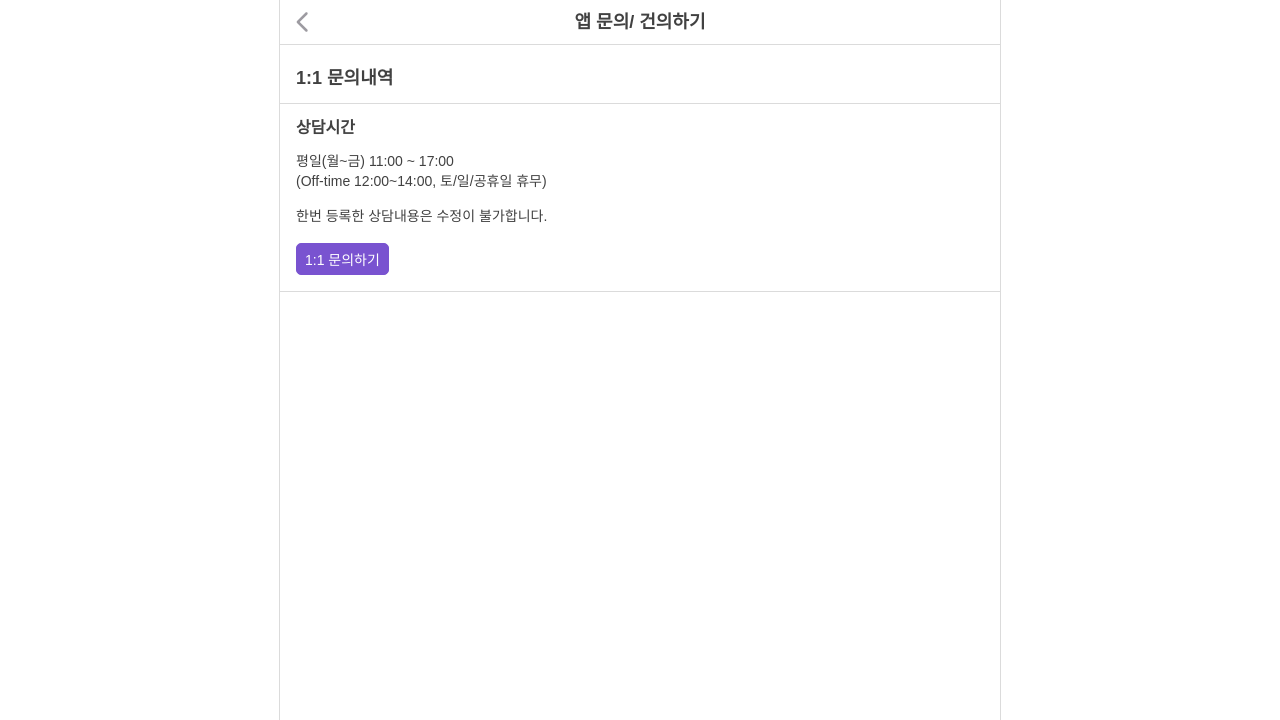
Repository: gosun1018/denguru
Page: my_complain.html
An editor plug-in stored every save of this project. The page is shown before and after the next save, followed by the edit.
The browser window is 1280 px wide. The pictures show the whole page.
Some web fonts or font styles are not loaded; a fallback is used. The style sheet was rebuilt from its Sass, Less or Tailwind sources for each picture, by a compiler version that may differ from the author's.

Above is the page before, as saved 2020-03-20 19:12:10.

### my_complain.html
<!DOCTYPE html>
<html lang="ko">
<head>
    <meta charset="UTF-8">
    <meta name="viewport" content="width=device-width, initial-scale=1.0">
    <title>DENGURU:: 앱 문의/ 건의하기</title>
    <link rel="stylesheet" href="css/main.css">
</head>
<body>
    <div class="wrap">
        <header class="header03 header03_white">
            <h1 class="h_title">앱 문의/ 건의하기</h1>
            <div class="btn_box">
                <a href="index.html" class="btn_goback btn_left">
                    <img src="images/icon-goback.svg" alt="이전페이지" class="icon">
                </a>
            </div>
        </header>
        <div class="main">
            <div class="pd_header03"></div>
            <div class="complain_container">
                <h2 class="title08">1:1 문의내역</h2>
                <div class="complain_announce_container">
                    <h3 class="title09">상담시간</h3>
                    <div class="complain_announce_txt">
                        평일(월~금) 11:00 ~ 17:00
                        <br>(Off-time 12:00~14:00, 토/일/공휴일 휴무)
                    </div>
                    <div class="complain_announce_txt">
                        한번 등록한 상담내용은 수정이 불가합니다.
                    </div>
                    <div class="btn_box">
                        <a href="" class="btn btn_mid btn_main">1:1 문의하기</a>
                    </div>
                </div>
            </div>
        </div>
    </div>
</body>
</html>

### css/scss/main.scss
@charset "utf-8";

//utils
@import "utils/variables";
@import "utils/mixins";
@import "utils/animations";

// base
@import "base/reset";
@import "base/layout";
@import "base/typography";

//modules
@import "modules/swipercustom";
@import "modules/form";
@import "modules/button";
@import "modules/popup";
@import "modules/popover";
@import "modules/toast";
@import "modules/pagination";

//component
@import "component/header";
@import "component/navigation";
@import "component/itemlist";
@import "component/reviewlist";
@import "component/taglist";
@import "component/postlist";
@import "component/postcontent";

//pages
@import "pages/mainpg";
@import "pages/search";
@import "pages/resister-pet";
@import "pages/review";
@import "pages/home-item-info";
@import "pages/gostore";
@import "pages/password-mail-complete";
@import "pages/storelist";
@import "pages/my-main";
@import "pages/my-notification";
@import "pages/members";
@import "pages/withdrawal";
@import "pages/order-history";
@import "pages/mycomplain";

### css/scss/utils/_variables.scss
@import url(https://cdn.jsdelivr.net/gh/moonspam/NanumSquare@1.0/nanumsquare.css);

//base color
$main-color: #7953d0;//#5f4899;
$main-bold-color: #5b13d6;
$secondary-color: #ffb025;
$accent-color: #ff4d7e;//#d72d5c;
$primary-color: #0095c6;
$bg-gray-color: #f3f1f6;

//gray-scale
$gray-0: #fff;
$gray-1: #f5f5f5;
$gray-2: #dbdbdb;
$gray-3: #bdbdbd;
$gray-4: #9e9e9e;
$gray-5: #747474;
$gray-6: #616161;
$gray-7: #414141;
$gray-8: #141414;

//FONT

//font-color
$bold-font-color: $gray-8;
$base-font-color: $gray-7;
$light-font-color: $gray-6;
$x-light-font-color: $gray-5;
$main-font-color: $main-color;
$main-bold-font-color: $main-bold-color;
$accent-font-color: $accent-color;
$primary-font-color: $primary-color;

//font-family
$base-font-family: 'NanumSquare','Apple SD Gothic Neo','Malgun Gothic',arial,sans-serif;

//font-size
$base-font-size: 14px;
$xsmall-font-size: ceil($base-font-size * 0.71); //10px
$small-font-size: ceil($base-font-size * 0.85); //12px
$mid-font-size: ceil($base-font-size * 0.92); //13px
$large-font-size: ceil($base-font-size * 1.14); //16px

$title-font-size: ceil($base-font-size * 1.28); //18px

//line-height
$base-line-height: 1.4;
$narrow-line-height: 1.2;
$mid-line-height: 1.6;
$wide-line-height: 1.8;

//
$layout-base-padding: 16px;
$layout-small-padding: $layout-base-padding / 2;
$layout-large-padding: $layout-base-padding * 1.5;

// border
$base-border: 1px solid $gray-3;
$light-border: 1px solid $gray-2;
$x-light-border: 1px solid $gray-1;
$main-border: 1px solid $main-color;
$secondary-border: 1px solid $secondary-color;
$accent-border: 1px solid $accent-color;
$primary-border: 1px solid $primary-color;

//border-radius
$base-border-radius: 5px;
$large-border-radius: 10px;

// fixed component height
$gnb-bottom-height: $layout-base-padding * 3.5;
$nav-gostore-height: 48px;

$header-height01: $layout-base-padding * 3.5;
$header-height02: $layout-base-padding * 3.5;
$header-height03: 45px;
$header-height04: 45px;
$header-height05: 45px;
$header-height06: $layout-base-padding * 3.5;

### css/scss/utils/_mixins.scss
@mixin clearfix {
    &:after {
        content: '';
        display: block;
        clear: both;
    }
}

@mixin position-center($position) {
    position: $position;
    top: 50%;
    left: 50%;
    transform: translate(-50%, -50%);
}

@mixin one-line-ellipsis {
    white-space: nowrap;
    text-overflow: ellipsis;
    overflow: hidden;
}

@mixin multi-line-ellipsis ($line-height, $lines) {
    overflow: hidden;
    text-overflow: ellipsis;
    display: -webkit-box;
    -webkit-line-clamp: $lines;
    -webkit-box-orient: vertical;
    word-wrap: break-word;
    line-height: $line-height;
    height: $line-height * $lines * 1em;
}

@mixin circle ($box-size) {
    width: $box-size;
    height: $box-size;
    border-radius: $box-size / 2;
}

@mixin blind {
    position: absolute;
    overflow: hidden;
    clip: rect(0 0 0 0);
    margin: -1px;
    width: 1px;
    height: 1px;
}

@mixin layout-frame {
    width: 100%;
    max-width: 720px;
    min-width: 320px;
}

@mixin thumnail {
    position: relative;
    overflow: hidden;

    .img {
        position: absolute;
        top: 0;
        left: 0;
        width: 100%;
        height: 100%;
        object-fit: cover;
    }
}

@mixin thumnail-border($radius) {
    position: relative;

    &:after {
        content: '';
        position: absolute;
        top: 0;
        left: 0;
        width: 100%;
        height: 100%;
        box-sizing: border-box;
        border: 1px solid rgba($gray-2, 0.5);
        border-radius: $radius;
    }
}

@mixin btn-color-full($color) {
    background-color: $color;
    border: 1px solid $color;
}

### css/scss/utils/_animations.scss
@keyframes width-0-to-100 {
    from {
        width: 0;
    }

    to {
        width: 100%;
    }
}

### css/scss/base/_reset.scss
/* http://meyerweb.com/eric/tools/css/reset/
   v2.0 | 20110126
   License: none (public domain)
*/

html, body, div, span, applet, object, iframe, h1, h2, h3, h4, h5, h6, p, blockquote, pre, a, abbr, acronym, address, big, cite, code, del, dfn, em, img, ins, kbd, q, s, samp, small, strike, strong, sub, sup, tt, var, b, u, i, center, dl, dt, dd, ol, ul, li, fieldset, form, label, legend, table, caption, tbody, tfoot, thead, tr, th, td, article, aside, canvas, details, embed, figure, figcaption, footer, header, hgroup, menu, nav, output, ruby, section, summary, time, mark, audio, video {
    margin: 0;
    padding: 0;
    border: 0;
    font-size: 100%;
    font: inherit;
    vertical-align: baseline; }

  /* HTML5 display-role reset for older browsers */

  article, aside, details, figcaption, figure, footer, header, hgroup, menu, nav, section {
    display: block; }

  body {
    line-height: 1; }

  ol, ul {
    list-style: none; }

  blockquote, q {
    quotes: none; }

  blockquote {
    &:before, &:after {
      content: '';
      content: none; } }

  q {
    &:before, &:after {
      content: '';
      content: none; } }

  table {
    border-collapse: collapse;
    border-spacing: 0; }

  a {
    color: inherit;
    text-decoration: none;
  }
  :focus {
    outline-color: $main-color;
  }

### css/scss/base/_layout.scss
body {
    display: flex;
    min-height: 100vh;
    font-family: $base-font-family;
}
.blind {
    @include blind;
}
.clearfix {
    @include clearfix;
}
.wrap {
    display: flex;
    flex-direction: column;
    flex: 1;
    @include layout-frame;
    margin: 0 auto;
    background-color: $bg-gray-color;
}
@media screen and (min-width: 722px) {
    .wrap {
        border-right: $light-border;
        border-left: $light-border;
    }
}
.main {
    display: flex;
    flex-direction: column;
    min-height: 100vh;
}
.img_box {
    font-size: 0;

    .img {
        width: 100%;
        font-size: 12px;
    }
}
.vis_hidden {
    visibility: hidden;
}
.sect01 {
    padding: $layout-base-padding*3 0 0;
    margin-bottom: $layout-base-padding;
    background-color: $gray-0;

    .btn_box_bottom {
        margin-top: $layout-large-padding;
    }
    .btn_more {
        display: block;
        height: $layout-base-padding * 3;
        line-height: $layout-base-padding * 3;
        font-size: $base-font-size;
        border-top: $light-border;
        text-align: center;
        color: $main-font-color;
        font-weight: bold;

        .icon {
            width: 1.1em;
            vertical-align: middle;
        }
    }
}
.sect02 {
    padding: $layout-base-padding*3 0;
    margin-bottom: $layout-base-padding;
    background-color: $gray-0;

    .swiper-pagination {
        bottom: 0;
    }
    .items_wrap {
        padding-bottom: 10px;
    }
}
.sect03 {
    padding: $layout-small-padding;
    background-color: $gray-0;
}
.sect04 {
    margin-top: $layout-base-padding;
    background-color: $gray-0;
}
.sect05 {
    padding: $layout-large-padding 0;
    background-color: $gray-0;
}
.sect06 {
    padding: $layout-base-padding*2 0;
    background-color: $gray-0;
}
.sect_ad01 {
    font-size: 0;

    .bnr {
        width: 100%;
        font-size: 12px;
    }
}
.mt_head02 {
    margin-top: $layout-base-padding * 3.5;
}

### css/scss/base/_typography.scss
.txt_center {
    text-align: center;
}
.txt_left {
    text-align: left;
}
.txt_right {
    text-align: right;
}
.emph_color_main {color: $main-font-color;}
.emph_color_accent {color: $accent-font-color;}
.emph_color_primary {color: $primary-font-color;}
.title01 {
    margin: 0 $layout-base-padding $layout-large-padding;
    font-size: $title-font-size;
    font-weight: 900;
    color: $bold-font-color;

    .emph {
        color: $main-font-color;
    }
}
.title02 {
    font-size: $large-font-size;
    font-weight: bold;
    color: $bold-font-color;
}
.title03 {
    padding: 0 $layout-base-padding;
    margin-bottom: $layout-base-padding;
    font-size: $title-font-size;
    font-weight: 900;
    color: $bold-font-color;

    .emph {
        color: $main-font-color;
    }
}
.title04 {
    display: flex;
    justify-content: space-between;
    align-items: center;
    padding: 0 $layout-base-padding;
    height: 40px;
    border-bottom: $light-border;

    .tit {
        font-size: $large-font-size;
        font-weight: bold;
        color: $base-font-color;
    }
    .tit_sub01 {
        font-size: $base-font-size;
        color: $main-font-color;
    }
}
.title05 {
    margin: 0 $layout-base-padding;
    padding-top: $layout-small-padding;
    font-size: $large-font-size;
    font-weight: bold;
    color: $bold-font-color;

    .tit_sub {
        font-size: $mid-font-size;
        font-weight: normal;
        color: $base-font-color;
    }
}
.title06 {
    font-size: $large-font-size;
    color: $bold-font-color;
}
.title07 {
    font-size: $base-font-size;
    color: $bold-font-color;
}
.title08 {
    font-size: $title-font-size;
    font-weight: bold;
    color: $base-font-color;
}
.title09 {
    font-size: $large-font-size;
    font-weight: bold;
    color: $base-font-color;
}
.sub_title01 {
    padding-left: $layout-small-padding;
    margin: 0 $layout-base-padding;
    border-left: $base-border;
    font-size: $mid-font-size;
    color: $base-font-color;
    line-height: $base-line-height;

    .emph01 {
        font-size: 1.076em;
        font-weight: bold;
        color: $main-font-color;
    }
    .emph02 {
        font-weight: bold;
    }
}
.paragraph01 {
    font-size: $base-font-size;
    color: $base-font-color;
    line-height: $base-line-height;
}

### css/scss/modules/_swipercustom.scss
.swiper-pagination {

    .swiper-pagination-bullet {
        width: 10px;
        height: 10px;
    }
}
.swiper-container-horizontal>.swiper-pagination-bullets .swiper-pagination-bullet {
    margin: 0 $layout-small-padding;
}

.pagination_main {

    .swiper-pagination-bullet-active {
        background-color: $main-color;
    }
}
.swiper-pagination {font-size: 0;}

.items_wrap.swiper-container {
    padding: 0 $layout-base-padding 10px;
}

### css/scss/modules/_popover.scss
.popover_container {
    position: relative;
}
.popover {
    display: none;
    position: absolute;
    padding: 8px;
    border-radius: $base-border-radius;
    word-break: keep-all;
    font-size: $base-font-size;
    line-height: $base-line-height;
    box-shadow: 0 1px 4px rgba(0,0,0,0.15);

    &:before {
        content: '';
        position: absolute;
        display: block;
        width: 0;
        height: 0;
        border: 5px solid transparent;
    }
    &.show {
        display: block;
    }
}
.popover_main {
    background-color: $main-color;
    color: $gray-0;

    &.popover_right_top:before {
        border-bottom-color: $main-color;
    }
}
.popover_right_top{
    top: calc(100% + 5px);
    right: -3px;

    &:before {
        top: -10px;
        right: 5px;
    }
}

### css/scss/modules/_toast.scss
.toast_box {
    position: fixed;
    bottom: $gnb-bottom-height;
    left: $layout-base-padding;
    right: $layout-base-padding;
    display: flex;
    justify-content: center;
    align-items: center;
    padding: $layout-small-padding;
    min-height: 48px;
    box-sizing: border-box;
    background-color: rgba(0,0,0,0.85);
    color: #fff;
    font-size: $base-font-size;
    line-height: $base-line-height;
    text-align: center;
    word-break: keep-all;
    border-radius: $large-border-radius;
    overflow: hidden;
    visibility: hidden;
    opacity: 0;
    transition: opacity .5s, visibility .5s, transform .5s;
    z-index: 900;

    &.show {
        opacity: 1;
        visibility: visible;
        transform: translate(0, $layout-small-padding*-1);
    }
}

### css/scss/modules/_pagination.scss
.pagination01 {
    display: flex;
    justify-content: center;

    .page {
        height: 24px;
        min-width: 24px;
        padding: 0 3px;
        box-sizing: border-box;
        border-radius: 12px;
        margin: 0 4px;
        text-align: center;
        font-size: $base-font-size;
        line-height: 24px;
        color: $light-font-color;

        &.active {
            background-color: $main-color;
            color: $gray-0;
            font-weight: 900;
        }
        &.disabled {
            opacity: .5;
        }
    }
    .page_link {
        display: block;
        width: 100%;
        height: 100%;
    }
}

### css/scss/component/_taglist.scss
.tag_list01 {

    .tag_item {
        width: fit-content;
        float: left;

        .btn {
            margin: 0 4px;
        }
        &:first-child .btn {
            margin-left: $layout-base-padding;
        }
        &:last-child .btn {
            margin-right: $layout-base-padding;
        }

        &.active .btn {
            font-weight: bold;
            background-color: $secondary-color;
            border-color: $secondary-color;
        }
    }
}

### css/scss/component/_postlist.scss
.post_list_wrap {
    flex: 1;
    padding: $layout-small-padding 0 $layout-base-padding;
    background-color: $gray-0;

    .pagination01 {
        margin-top: $layout-base-padding * 2;
    }
}

.post_list01 {
    padding: 0 $layout-base-padding;

    .post_item {
        padding: $layout-base-padding 0;
        border-bottom: $light-border;
    }
    .post_date {
        margin-bottom: $layout-small-padding;
        font-size: $small-font-size;
        color: $light-font-color;
    }
    .post_title {
        font-size: $base-font-size;
        color: $bold-font-color;
        @include multi-line-ellipsis($base-line-height,2);
        height: auto;
        max-height: $base-line-height * 2em;

        .icon_new {
            height: 1em;
            vertical-align: middle;
        }
    }
}

### css/scss/component/_postcontent.scss
.post_content_wrap {
    flex: 1;
    display: flex;
    flex-direction: column;
}
.post_content_title_container {
    padding: $layout-base-padding;
    border-bottom: $light-border;

    .post_content_title {
        font-size: $large-font-size;
        line-height: $base-line-height;
        font-weight: bold;
        color: $base-font-color;
    }
    .post_content_date {
        margin-top: $layout-small-padding;
        font-size: $small-font-size;
        color: $light-font-color;
    }
}
.post_content_article {
    min-height: 200px;
    padding: $layout-large-padding $layout-base-padding;
    background-color: $gray-0;
    font-size: $mid-font-size;
    line-height: $mid-line-height;
    color: $base-font-color;
}
.post_content_link_container {
    flex: 1;
    padding: 0 $layout-base-padding;
    margin-top: $layout-base-padding;
    background-color: $gray-0;

    .post_content_link_box {
        margin-top: $layout-small-padding;
    }
    .post_content_link {
        display: flex;
        align-items: center;
    }
    .icon_box {
        width: 24px;
        height: 24px;

        .img {
            width: 100%;
            height: 100%;
        }
    }
    .post_page {
        margin: 0 $layout-small-padding;
        font-size: $mid-font-size;
        color: $base-font-color;
    }
    .post_title {
        font-size: $base-font-size;
        color: $bold-font-color;
        @include one-line-ellipsis;
    }

}

### css/scss/pages/_gostore.scss
.h_load_bar_box {
    display: none;
    width: 100%;
    height: 4px;
    background-color: $bg-gray-color;
    overflow: hidden;

    &.show {
        display: block;
    }

    .h_load_bar {
        width: 0;
        height: 100%;
        background-color: $main-color;
        border-radius: 0 2px 2px 0;
        animation: ease-in-out 5s forwards width-0-to-100;
    }
}

.load_gostore_container {
    display: none;
    flex: 1;
    box-sizing: border-box;
    flex-direction: column;
    background-color: $gray-0;

    &.show {
        display: flex;
    }

    .load_img_container {
        display: flex;
        flex: 7;
        justify-content: center;
        align-items: center;
    }
    .load_img_box {
        width: 140px;
        margin: 0 auto 22px;
    }
    .load_txt_box {
        text-align: center;

        .txt01 {
            font-size: 20px;
            color: $base-font-color;
            font-weight: 900;
        }
        .txt02 {
            margin-top: $layout-small-padding;
            font-size: $large-font-size;
            color: $base-font-color;
        }
        .emph {
            color: $main-font-color;
        }
    }
    .load_notice_container {
        display: flex;
        justify-content: center;
        align-items: center;
        flex: 3;
        background-color: $gray-1;
        text-align: center;
        font-size: $small-font-size;
        line-height: $base-line-height;
        color: $light-font-color;
    }
}
.page_store {
    display: none;
    flex: 1;
    overflow-y: auto;
    overflow-x: hidden;

    &.show {
        display: block;
    }
}

### css/scss/pages/_password-mail-complete.scss
.mail_complete_container {
    height: 100vh;
    display: flex;
    flex-direction: column;
    justify-content: center;
    align-items: center;
    background-color: $gray-0;

    .img_motion_box {
        width: 140px;
        margin: 0 auto;

        .img {
            width: 100%;
        }
    }
    .mail_complete_txt01 {
        margin-top: $layout-large-padding;
        text-align: center;
        font-size: 20px;
        line-height: $narrow-line-height;
        font-weight: 900;

        .emph {
            color: #8054ea;
        }
    }
    .mail_complete_txt02 {
        margin-top: 12px;
        text-align: center;
        font-size: $base-font-size;
        line-height: $base-line-height;
        color: $base-font-color;
    }
    .btn_box {
        margin-top: 60px;
        justify-content: center;
    }
    .btn_mail_success {
        width: 90px;
        height: 40px;
        font-size: $large-font-size;
        line-height: 40px;
    }
}

### css/scss/pages/_my-notification.scss
.notification_list_container {
    background-color: $gray-0;

    .notification_box {
        position: relative;
        padding: $layout-large-padding $layout-base-padding;

        &:not(:first-child):before {
            content: '';
            display: block;
            position: absolute;
            top: 0;
            left: $layout-base-padding;
            right: $layout-base-padding;
            height: 1px;
            background-color: $gray-1;
        }
    }
    .notification_new {
        background-color: $bg-gray-color;
    }
    .notification_link {
        display: flex;
    }
    .icon_box {
        flex-shrink: 0;
        width: 24px;
        height: 24px;
        margin-right: $layout-base-padding;
    }
    .notification_content {
        flex: 1;
    }
    .notification_title {
        font-size: $base-font-size;
        color: $bold-font-color;
        line-height: $base-line-height;
    }
    .notification_date {
        margin-top: 4px;
        font-size: $small-font-size;
        color: $light-font-color;
    }
    .notification_img {
        margin-top: $layout-base-padding;
    }
}

### css/scss/pages/_withdrawal.scss
.withdrawal_title_container {
    padding: $layout-base-padding*2 $layout-base-padding;
    background-color: $gray-0;

    .img_box {
        height: 64px;

        .img {
            height: 100%;
            object-fit: contain;
        }
    }
    .withdrawal_title {
        margin-top: $layout-base-padding;
        font-size: $title-font-size;
        font-weight: bold;
        color: $bold-font-color;
    }
}
.withdrawal_info_container {
    padding: $layout-large-padding 0;

    .withdrawal_item_num {
        font-weight: bold;
        color: $main-font-color;
    }
    .title07 {
        margin: 0 $layout-base-padding;
    }
}
.withdrawal_item_box {
    margin-bottom: $layout-large-padding;

    .withdrawal_item_list_container {
        margin-top: $layout-small-padding;
    }
    .thumb_box {
        width: 56px;
        height: 56px;
        overflow: hidden;
        border-radius: $base-border-radius;
        @include thumnail;
    }
    .withdrawal_item_bnr {
        margin: $layout-base-padding $layout-base-padding 0;
    }
}
.withdrawal_notice_box {
    padding: 0 $layout-base-padding;

    .withdrawal_notice {
        margin-top: $layout-small-padding;
        font-size: $small-font-size;
        color: $base-font-color;
        line-height: $base-line-height;
    }
}
.withdrawal_btn_container {
    flex: 1;
    padding: $layout-large-padding $layout-base-padding;
    background-color: $gray-0;

    .btn_box {
        margin-top: $layout-large-padding;
    }
}

### css/scss/pages/_mycomplain.scss
.complain_container{
    flex: 1;
    background-color: $gray-0;
    padding: $layout-large-padding 0;

    .title08 {
        margin: 0 $layout-base-padding $layout-base-padding;
    }
}
.complain_announce_container {
    padding: $layout-base-padding;
    border-top: $light-border;
    border-bottom: $light-border;

    .complain_announce_txt {
        margin-top: $layout-base-padding;
        font-size: $base-font-size;
        color: $base-font-color;
        line-height: $base-line-height;
    }
    .btn_box {
        margin-top: $layout-base-padding;
    }
}

Loaded but not shown: css/scss/component/_reviewlist.scss (472 lines, source omitted); css/scss/modules/_form.scss (411 lines, source omitted); css/scss/pages/_review.scss (392 lines, source omitted); css/scss/pages/_search.scss (393 lines, source omitted); css/scss/component/_header.scss (401 lines, source omitted); css/scss/component/_itemlist.scss (212 lines, source omitted); css/scss/modules/_popup.scss (207 lines, source omitted); css/scss/pages/_home-item-info.scss (180 lines, source omitted); css/scss/pages/_my-main.scss (173 lines, source omitted); css/scss/pages/_storelist.scss (163 lines, source omitted); css/scss/pages/_order-history.scss (143 lines, source omitted); css/scss/modules/_button.scss (175 lines, source omitted); css/scss/component/_navigation.scss (140 lines, source omitted); css/scss/pages/_mainpg.scss (124 lines, source omitted); css/scss/pages/_resister-pet.scss (116 lines, source omitted); css/scss/pages/_members.scss (106 lines, source omitted)

After the next save:
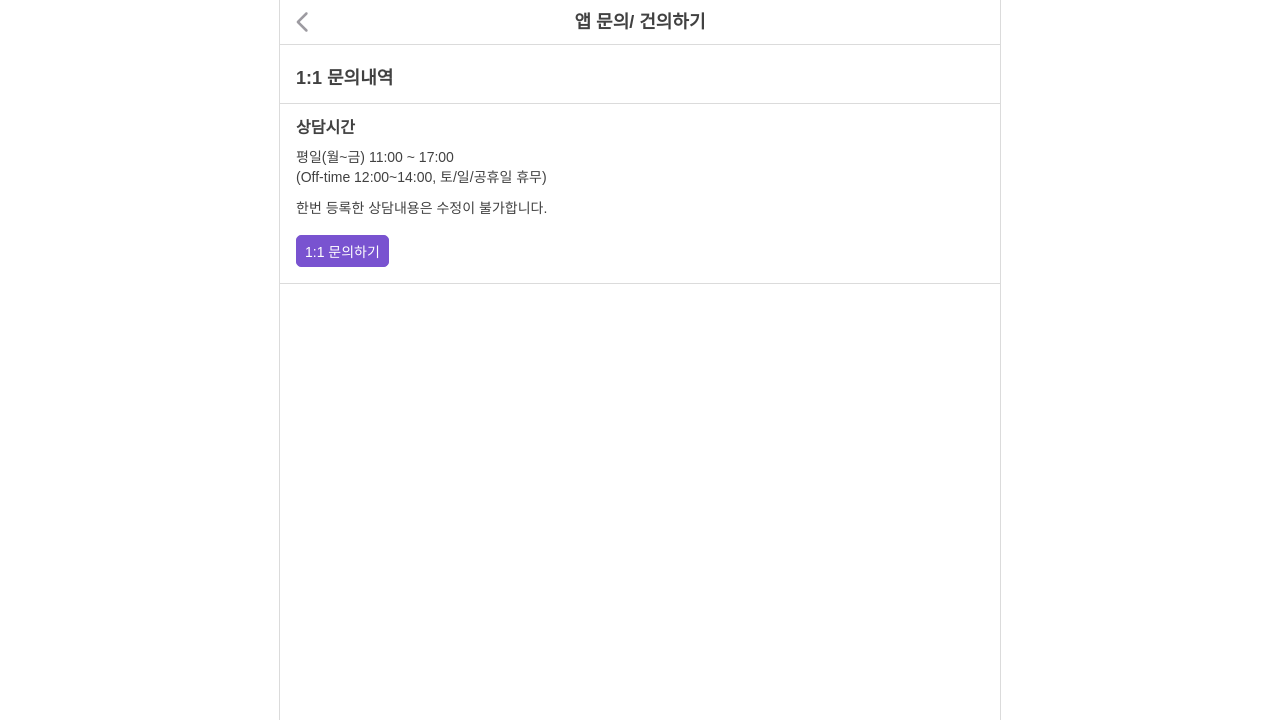
Saved 18 s later.
--- a/css/scss/pages/_mycomplain.scss
+++ b/css/scss/pages/_mycomplain.scss
@@ -13,7 +13,7 @@
     border-bottom: $light-border;
 
     .complain_announce_txt {
-        margin-top: $layout-base-padding;
+        margin-top: 12px;
         font-size: $base-font-size;
         color: $base-font-color;
         line-height: $base-line-height;
